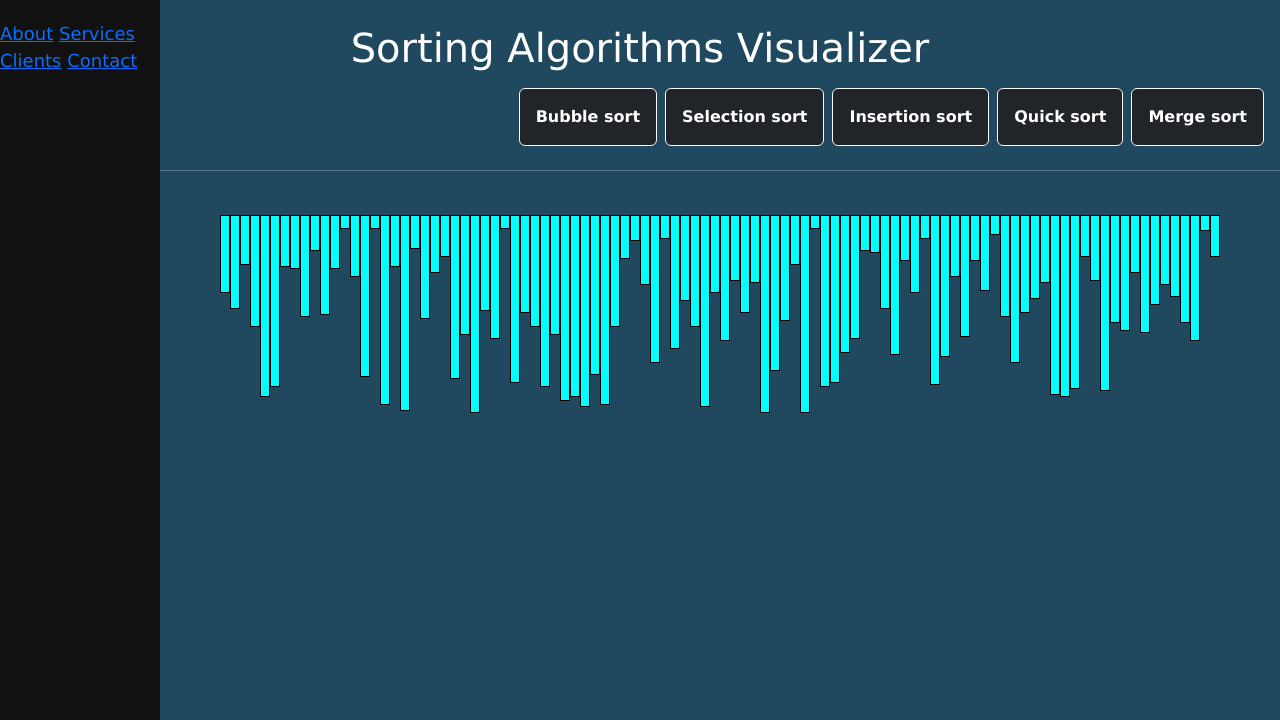
Repository: Vasil1001/Sorting-Algorithms-Visualizer-js
Page: views/index.html
The author's editor kept a copy of each file at every save. The page is drawn from the files as they stood at one save, then again after the next save.
The browser window is 1280 px wide. The pictures show the whole page.

Above is the page before, as saved 2022-11-03 17:52:32.

After the next save:
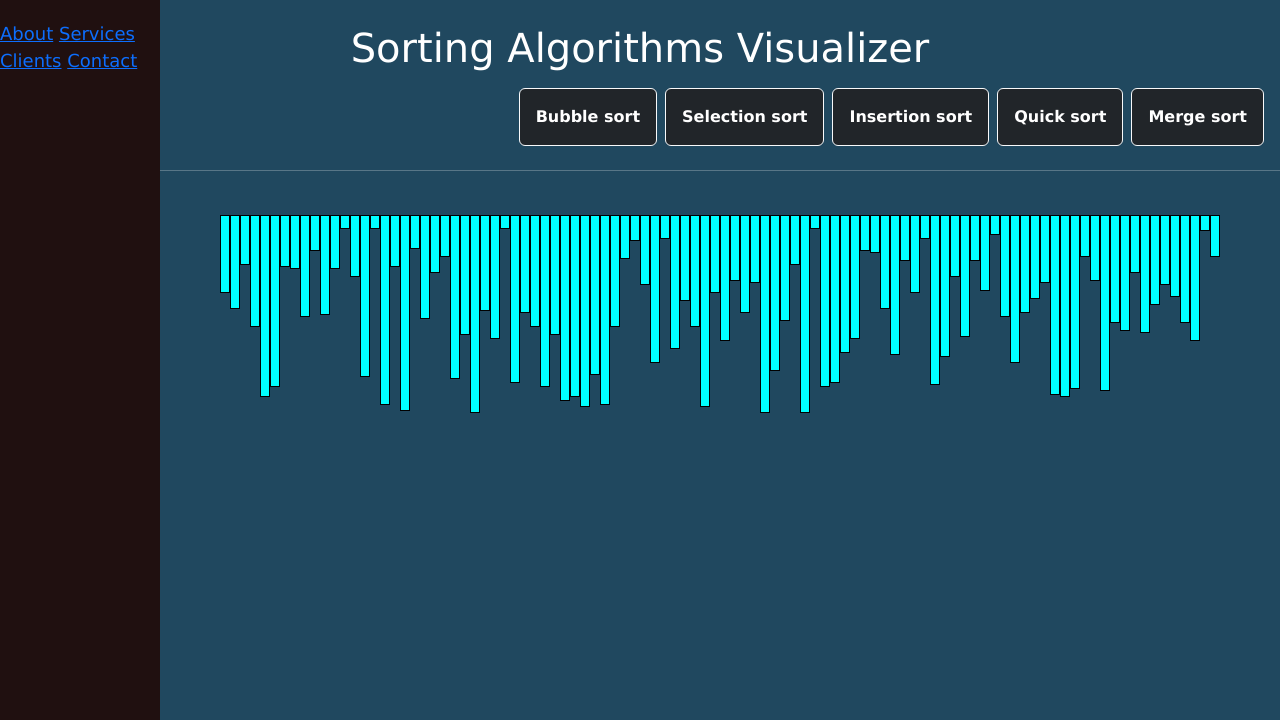
Saved 11 s later.
--- a/css/base.css
+++ b/css/base.css
@@ -28,7 +28,7 @@ body {
     z-index: 1;
     top: 0;
     left: 0;
-    background-color: #111;
+    background-color: rgb(32, 16, 16);
     overflow-x: hidden;
     padding-top: 20px;
   }
